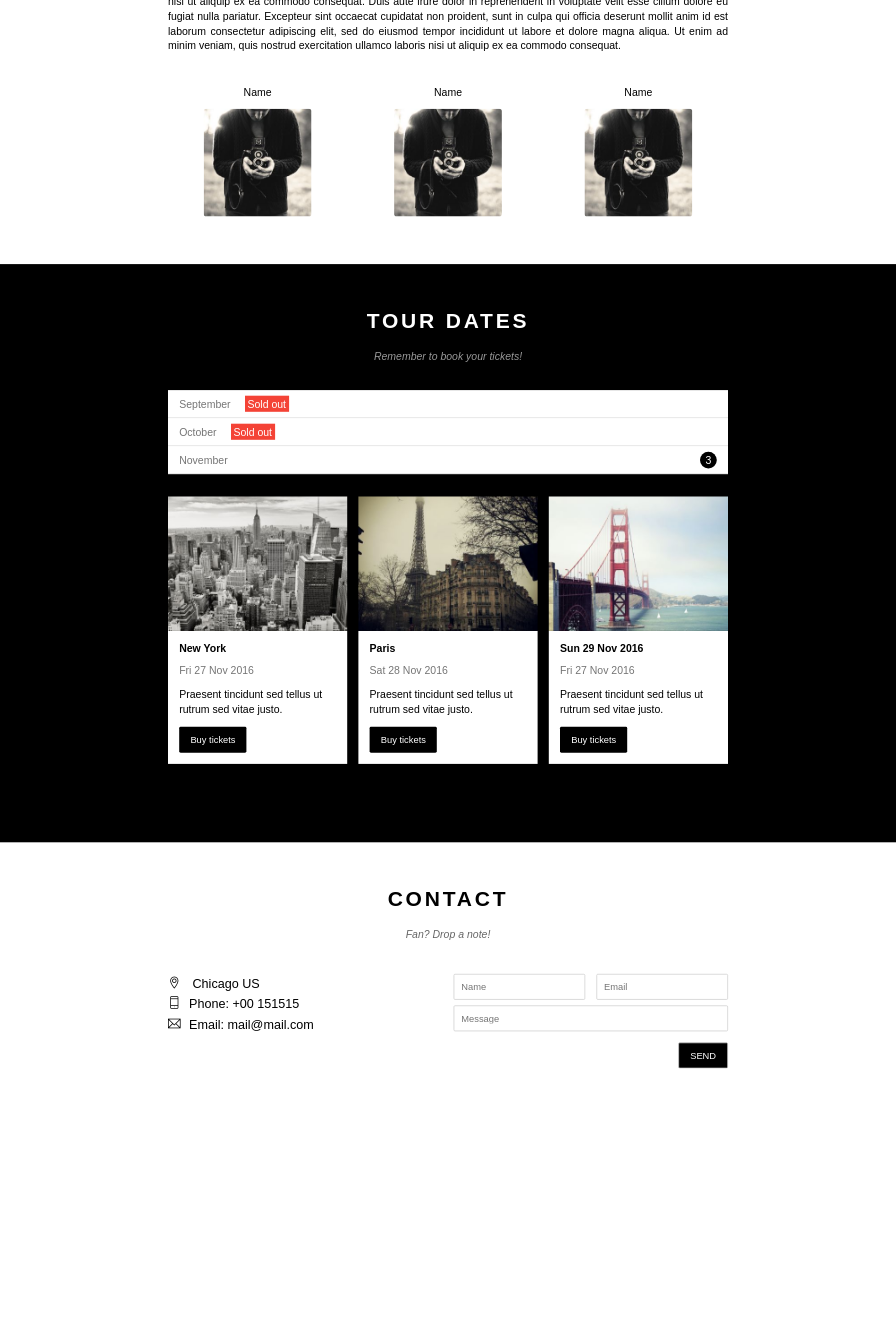
Repository: Phunobita/The-band-w3school
Page: index.html
An editor plug-in stored every save of this project. The page is shown before and after the next save, followed by the edit.
The browser window is 1280 px wide. The pictures show the part of the page from y = 566 to 2486 px (the page is 2486 px tall before and 2453 px after), at 70% of full size.
A picture or video elsewhere on the page could not be fetched, so the positions and the page height are approximate.

Above is the page before, as saved 2021-12-03 16:25:35.

After the next save:
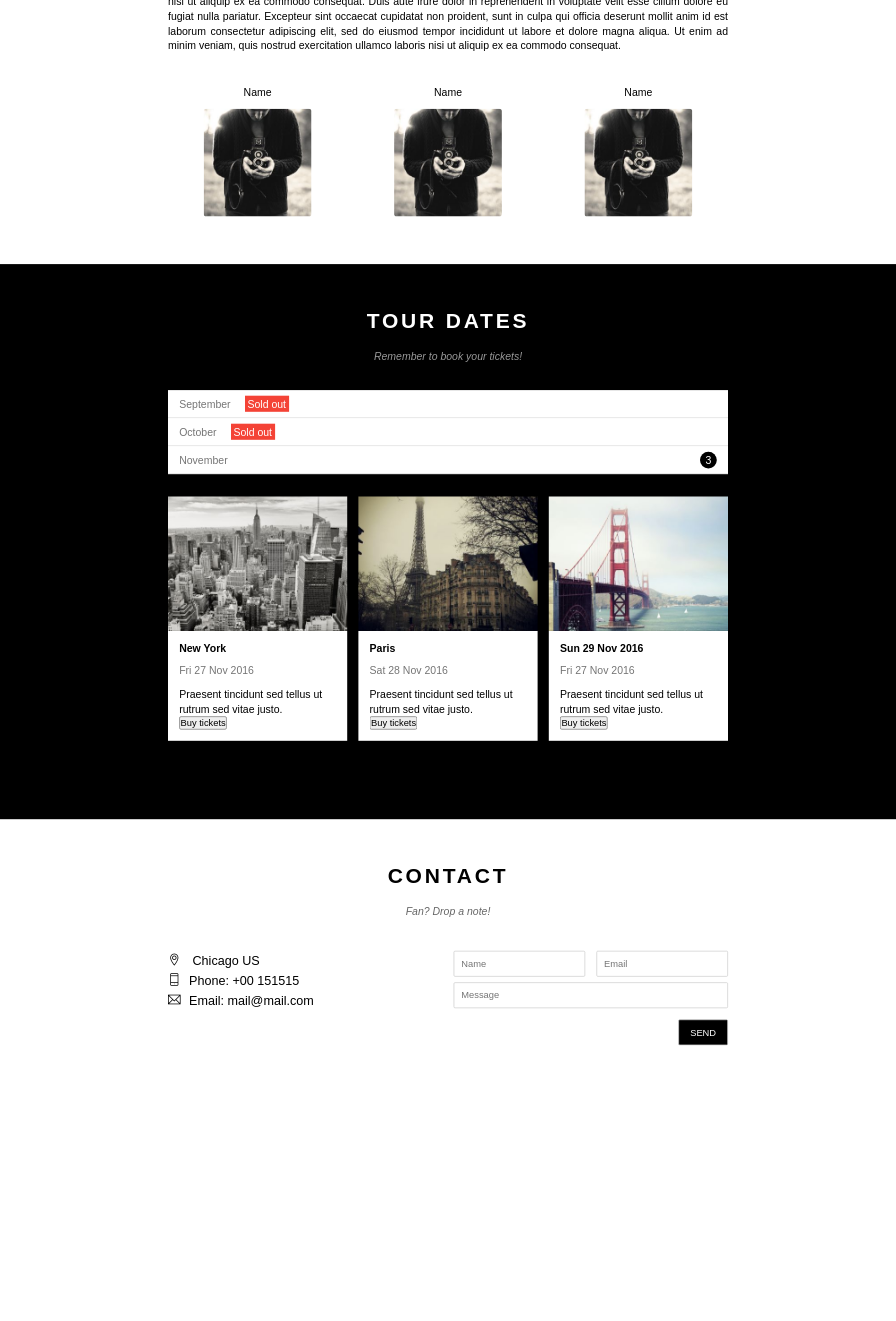
Saved 105 s later.
--- a/index.html
+++ b/index.html
@@ -102,7 +102,7 @@
                                 <p class="place-time">Fri 27 Nov 2016</p>
                                 <p class="place-description">Praesent tincidunt sed tellus ut rutrum sed vitae justo.
                                 </p>
-                                <button href="#" class="place-buy-btn js-buy-ticket">Buy tickets</button>
+                                <button href="#" class="btn js-buy-ticket">Buy tickets</button>
                             </div>
                         </div>
                         <div class="col col-third ">
@@ -112,7 +112,7 @@
                                 <p class="place-time">Sat 28 Nov 2016</p>
                                 <p class="place-description">Praesent tincidunt sed tellus ut rutrum sed vitae justo.
                                 </p>
-                                <button href="#" class="place-buy-btn js-buy-ticket">Buy tickets</button>
+                                <button href="#" class="btn js-buy-ticket">Buy tickets</button>
                             </div>
                         </div>
                         <div class="col col-third ">
@@ -122,7 +122,7 @@
                                 <p class="place-time">Fri 27 Nov 2016</p>
                                 <p class="place-description">Praesent tincidunt sed tellus ut rutrum sed vitae justo.
                                 </p>
-                                <button href="#" class="place-buy-btn js-buy-ticket">Buy tickets</button>
+                                <button href="#" class="btn js-buy-ticket">Buy tickets</button>
                             </div>
                         </div>
                     </div>

After the save that followed:
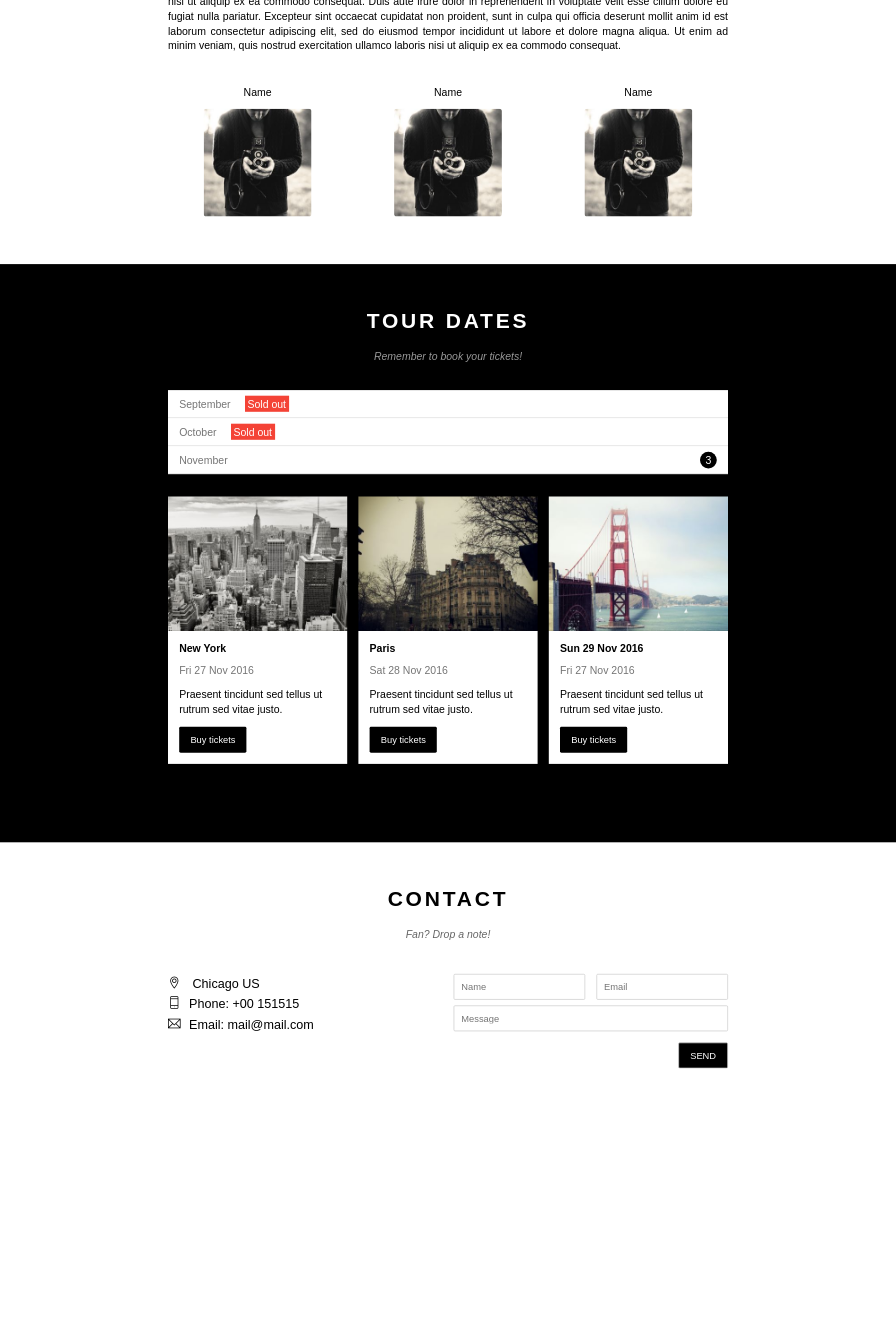
Saved 48 s later.
--- a/assets/css/style.css
+++ b/assets/css/style.css
@@ -57,6 +57,22 @@
 .mt-16 {
   margin-top: 16px !important;
 }
+
+.btn {
+  display: inline-block;
+  background-color: black;
+  border: none;
+  color: #fff;
+  text-decoration: none;
+  padding: 11px 16px;
+  margin-top: 15px;
+  border-radius: 2px;
+  cursor: pointer;
+}
+.btn:hover {
+  color: #000;
+  background-color: #ccc;
+}
 #main {
 }
 #header {
@@ -249,21 +265,6 @@
 .place-description {
   margin-top: 15px;
   line-height: 1.4;
-}
-.place-buy-btn {
-  display: inline-block;
-  background-color: black;
-  border: none;
-  color: #fff;
-  text-decoration: none;
-  padding: 11px 16px;
-  margin-top: 15px;
-  border-radius: 2px;
-  cursor: pointer;
-}
-.place-buy-btn:hover {
-  color: #000;
-  background-color: #ccc;
 }
 
 /* Modal */
